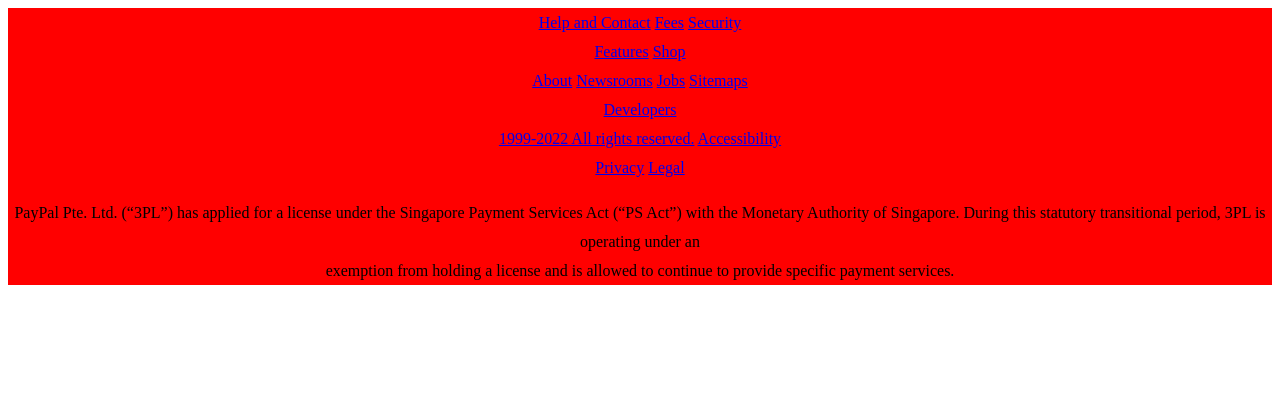
Repository: Jayeola3/Paypal
Page: text.html
The author's editor kept a copy of each file at every save. The page is drawn from the files as they stood at one save, then again after the next save.
The browser window is 1280 px wide. The pictures show the whole page.

Above is the page before, as saved 2022-06-29 13:26:11.

After the next save:
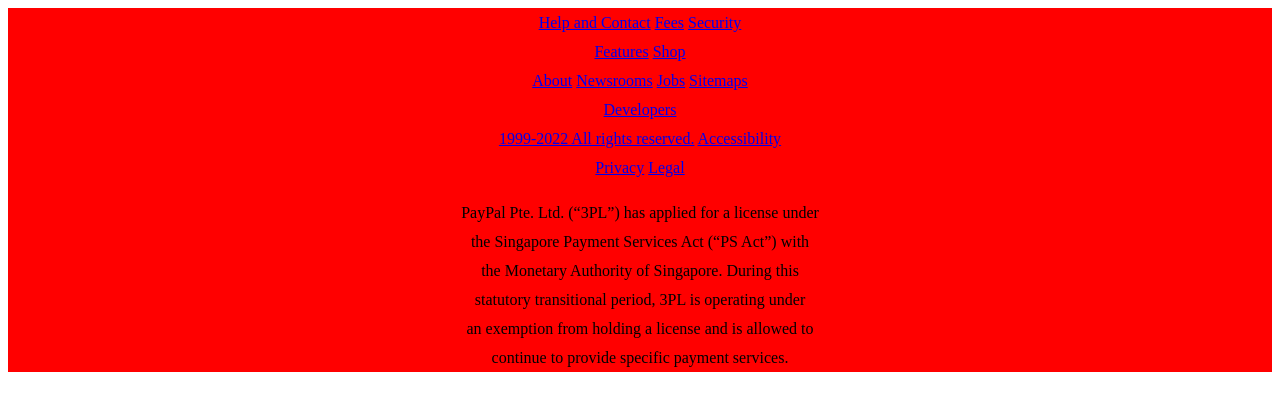
Saved 68 s later.
--- a/text.html
+++ b/text.html
@@ -24,7 +24,7 @@
         <a href="http://" class="access">Accessibility</a><br>
         <a href="http://" class="privacy">Privacy</a>
         <a href="http://" class="legal">Legal</a>
-        <p class="limited">PayPal Pte. Ltd. (“3PL”) has applied for a license under the Singapore Payment Services Act (“PS Act”) with the Monetary Authority of Singapore. During this statutory transitional period, 3PL is operating under an <br>exemption from holding a license and is allowed to continue to provide specific payment services.</p>
+        <p class="limited">PayPal Pte. Ltd. (“3PL”) has applied for a license under<br> the Singapore Payment Services Act (“PS Act”) with<br> the Monetary Authority of Singapore. During this<br> statutory transitional period, 3PL is operating under<br> an exemption from holding a license and is allowed to<br> continue to provide specific payment services.</p>
     <style>
         .moves{
             background-color: red;
